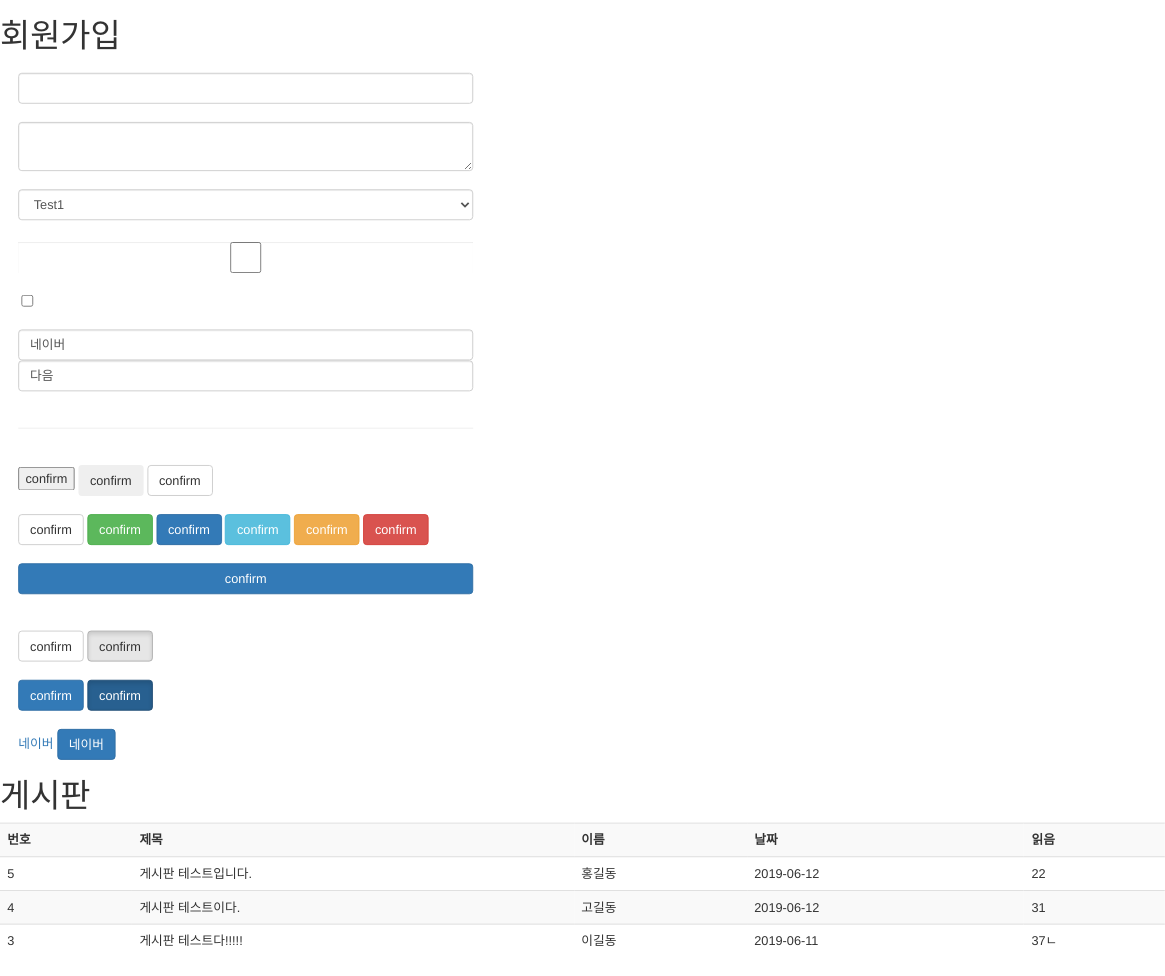
Repository: yhj4130/BootstrapStudy
Page: BootstrapWork/WebContent/BootEx03.html
The author's editor kept a copy of each file at every save. The page is drawn from the files as they stood at one save, then again after the next save.
The browser window is 1280 px wide. The pictures show the whole page, at 91% of full size.

Above is the page before, as saved 2019-06-12 02:30:48.

### BootstrapWork/WebContent/BootEx03.html
<!DOCTYPE html>
<html>
<head>
<meta charset="UTF-8">
<title>BootEx03.html</title>

<link rel="stylesheet" href="css/bootstrap.css">
<script type="text/javascript" src="js/jquery-3.4.1.min.js"></script>
<script type="text/javascript" src="js/bootstrap.min.js"></script>

</head>
<body>

<h1>회원가입</h1>

<form action="" style="width: 500px; margin: 20px;">

	<input type="text" class="form-control">
	<br>

	<textarea rows="" cols="" class="form-control"></textarea>
	<br>

	<select class="form-control">
		<option>Test1</option>
		<option>Test2</option>
		<option>Test3</option>
		<option>Test4</option>
	</select>
	<br>

	<input type="checkbox" class="form-control">
	<br>

	<input type="checkbox" style="width: 20px;">
	<br><br>

	<a href="#" class="form-control">네이버</a>
	<a href="#" class="form-control">다음</a>

	<br><hr><br>

	<input type="button" value="confirm">
	<input type="button" value="confirm" class="btn">
	<input type="button" value="confirm" class="btn btn-default">
	<br><br>

	<input type="button" value="confirm" class="btn btn-default">
	<input type="button" value="confirm" class="btn btn-success">
	<input type="button" value="confirm" class="btn btn-primary">
	<input type="button" value="confirm" class="btn btn-info">
	<input type="button" value="confirm" class="btn btn-warning">
	<input type="button" value="confirm" class="btn btn-danger">
	<br><br>

	<!-- 『btn-block』 : 버튼이 포함되어 있는 부모 요소만큼 꽉 채워서 랜더링한다. -->
	<input type="button" value="confirm" class="btn btn-primary btn-block">
	<br><br>

	<!--  -->
	<input type="button" value="confirm" class="btn btn-default">
	<input type="button" value="confirm" class="btn btn-default active">
	<br><br>

	<input type="button" value="confirm" class="btn btn-primary">
	<input type="button" value="confirm" class="btn btn-primary active">
	<br><br>

	<a href="#">네이버</a>
	<a href="#" class="btn btn-primary" role="button">네이버</a>

</form>

<div id="main">

	<h1>게시판</h1>

	<table class="table table-striped" id="table1">
		<tr>
			<th>번호</th>
			<th>제목</th>
			<th>이름</th>
			<th>날짜</th>
			<th>읽음</th>
		</tr>
		<tr>
			<td>5</td>
			<td>게시판 테스트입니다.</td>
			<td>홍길동</td>
			<td>2019-06-12</td>
			<td>22</td>
		</tr>
		<tr>
			<td>4</td>
			<td>게시판 테스트이다.</td>
			<td>고길동</td>
			<td>2019-06-12</td>
			<td>31</td>
		</tr>
		<tr>
			<td>3</td>
			<td>게시판 테스트다!!!!!</td>
			<td>이길동</td>
			<td>2019-06-11</td>
			<td>37ㄴ</td>
		</tr>
	</table>

</div>

</body>
</html>

Loaded but not shown: BootstrapWork/WebContent/css/bootstrap.css (library); BootstrapWork/WebContent/js/jquery-3.4.1.min.js (library); BootstrapWork/WebContent/js/bootstrap.min.js (library)

After the next save:
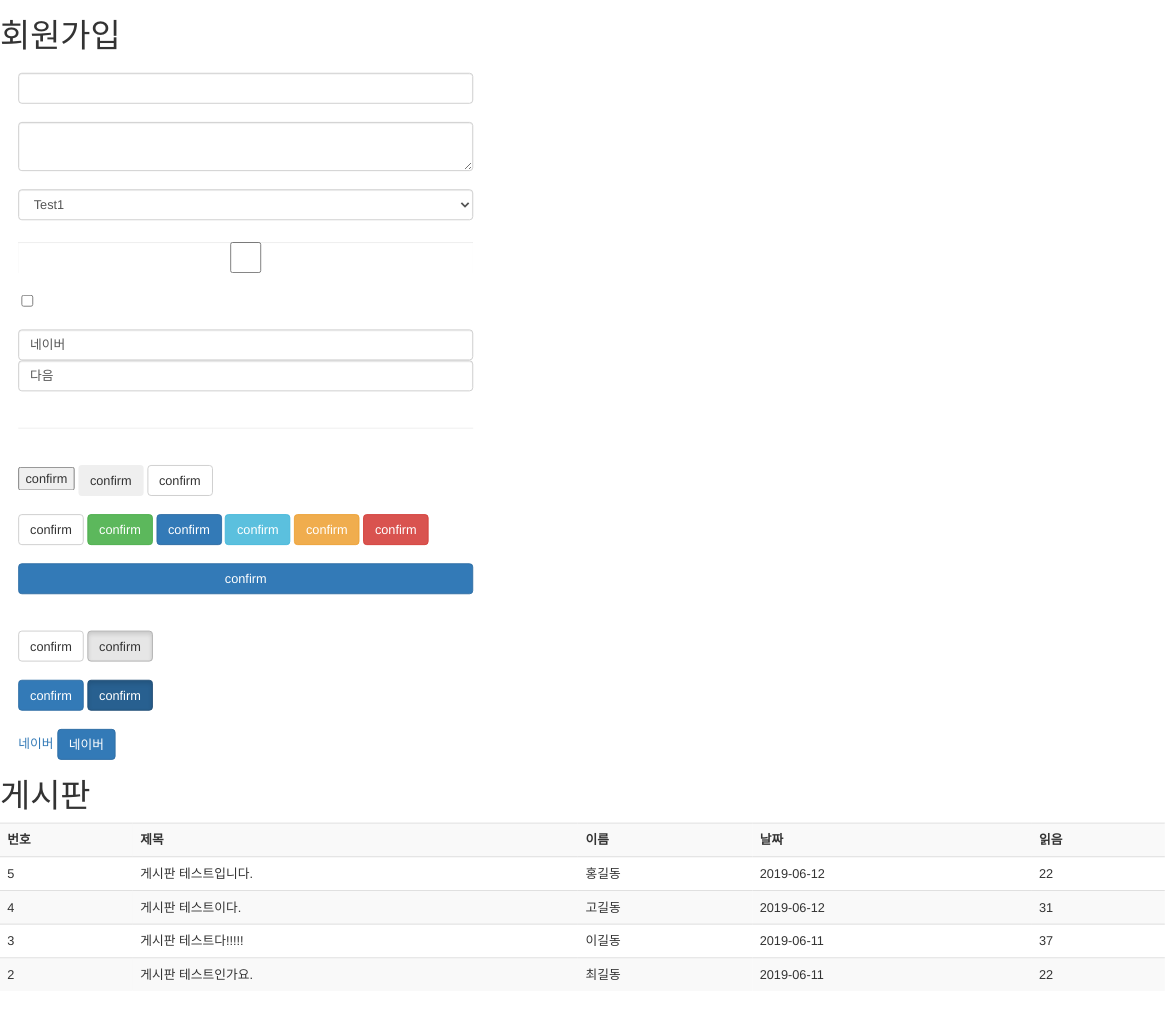
Saved 32 s later.
--- a/BootstrapWork/WebContent/BootEx03.html
+++ b/BootstrapWork/WebContent/BootEx03.html
@@ -102,7 +102,14 @@
 			<td>게시판 테스트다!!!!!</td>
 			<td>이길동</td>
 			<td>2019-06-11</td>
-			<td>37ㄴ</td>
+			<td>37</td>
+		</tr>
+		<tr>
+			<td>2</td>
+			<td>게시판 테스트인가요.</td>
+			<td>최길동</td>
+			<td>2019-06-11</td>
+			<td>22</td>
 		</tr>
 	</table>
 
